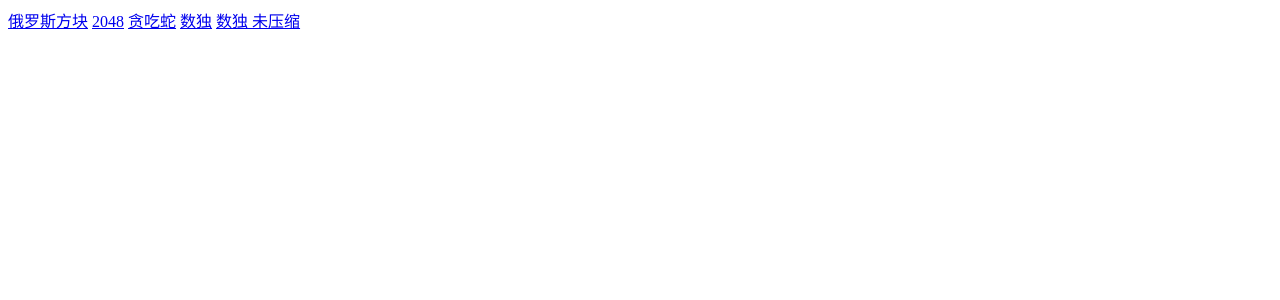
Repository: yangtengxiang/get_test
Page: game/H5/index.html
The author's editor kept a copy of each file at every save. The page is drawn from the files as they stood at one save, then again after the next save.
The browser window is 1280 px wide. The pictures show the whole page.

Above is the page before, as saved 2020-04-29 17:16:16.

### game/H5/index.html
<!DOCTYPE html>
<html lang="zh-CN">
<head>
	<meta name="renderer" content="webkit">
	<meta http-equiv="Content-Type" content="text/html; charset=utf-8">
	<meta http-equiv="X-UA-Compatible" content="IE=edge,chrome=1">
	<meta name="viewport" content="width=device-width, initial-scale=1.0, maximum-scale=1.0, minimum-scale=1.0, user-scalable=no">
	<meta charset="UTF-8">
	<title>新页面</title>
	<style>

	</style>
</head>
<body>
	 <div class="link-box">
		 <a href="elsfk.html">俄罗斯方块</a>
		 <a href="2048.html">2048</a>
		 <a href="tanchishe.html">贪吃蛇</a>

		 <a href="Sudoku_1.1.min.html">数独</a>
		 <a href="Sudoku_1.1.html">数独 未压缩</a>
	 </div>
</body>
</html>

After the next save:
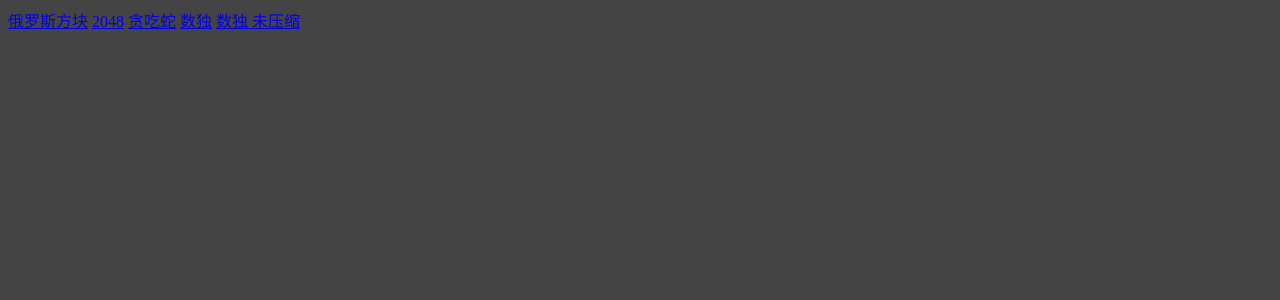
Saved 12 s later.
--- a/game/H5/index.html
+++ b/game/H5/index.html
@@ -8,7 +8,9 @@
 	<meta charset="UTF-8">
 	<title>新页面</title>
 	<style>
-
+		body{
+			background: #444;
+		}
 	</style>
 </head>
 <body>
